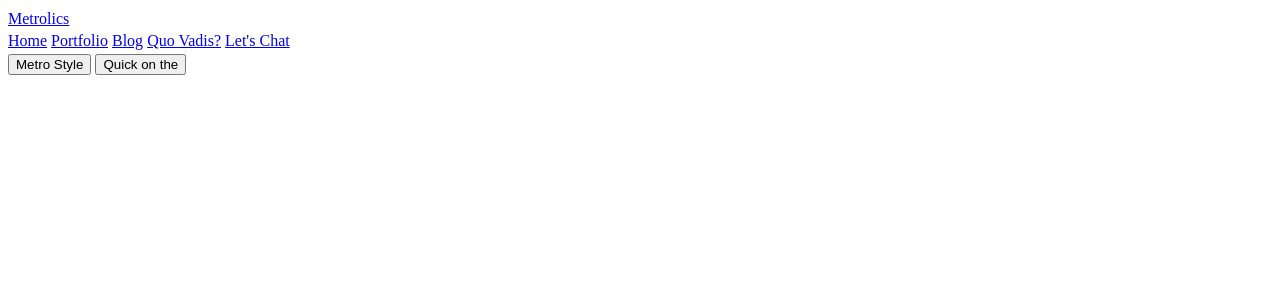
Repository: Angehyy/wk02_site
Page: index.html
An editor plug-in stored every save of this project. The page is shown before and after a run of saves, followed by the edit.
The browser window is 1280 px wide. The pictures show the whole page.

Above is the page before, as saved 2025-01-19 19:13:25.

After the next 3 saves:
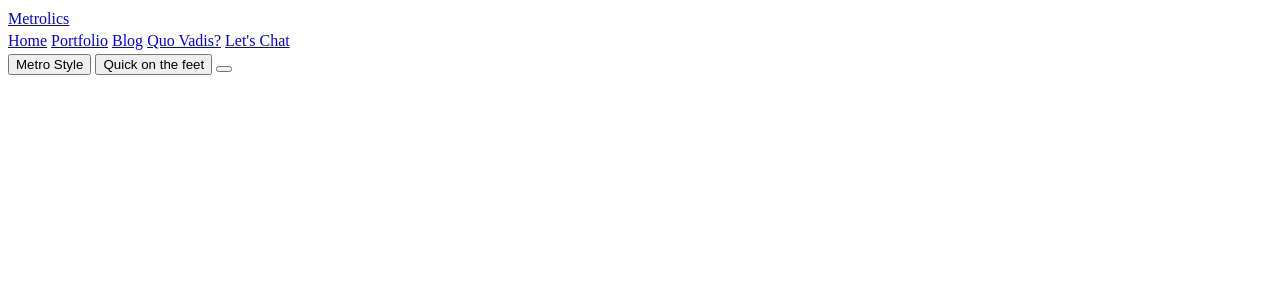
The 3 saves are shown as one change because they came seconds apart.
The last was saved 17 s later.
--- a/index.html
+++ b/index.html
@@ -39,7 +39,8 @@
   <main>
     <div>
       <button>Metro Style</button>
-      <button>Quick on the </button>
+      <button>Quick on the feet</button>
+      <button></button>
     </div>
   </main>
 
